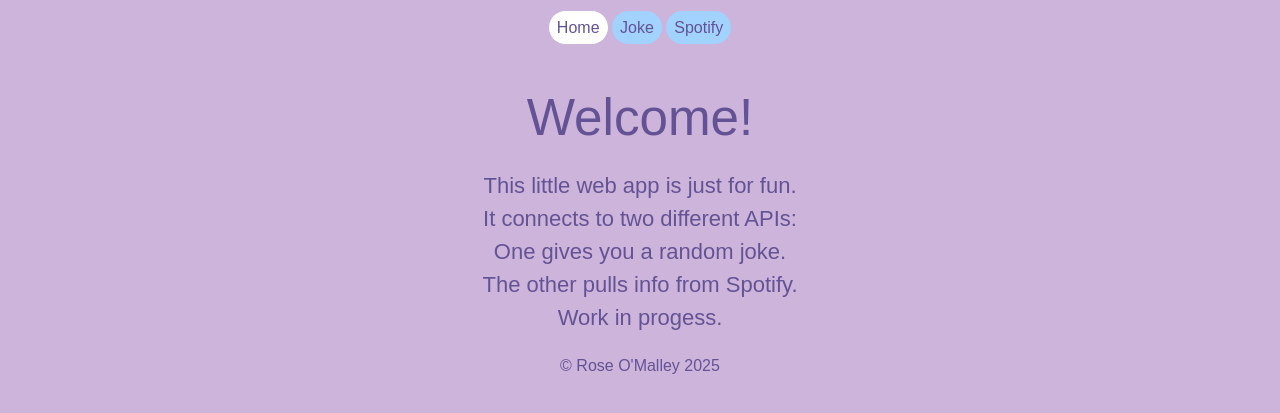
Repository: rosieomusic/spotify-react
Page: /
An editor plug-in stored every save of this project. The page is shown before and after the next save, followed by the edit.
The browser window is 1280 px wide. The pictures show the whole page.
The page's requests for data from a server got no answer. Some web fonts or font styles are not loaded; a fallback is used. The project was rebuilt for these pictures with package versions that can differ from the ones it lists, and the page was loaded fresh each time. No one was signed in, and anything a server would have sent is missing. Also part of the build but not shown: vite.config.js, src/services/SpotifyService.js, src/components/AlbumComponent.jsx, src/pages/SpotifyPage.jsx, src/services/JokeService.js, src/pages/JokePage.jsx.

Above is the page before, as saved 2025-05-22 15:34:48.

After the next save:
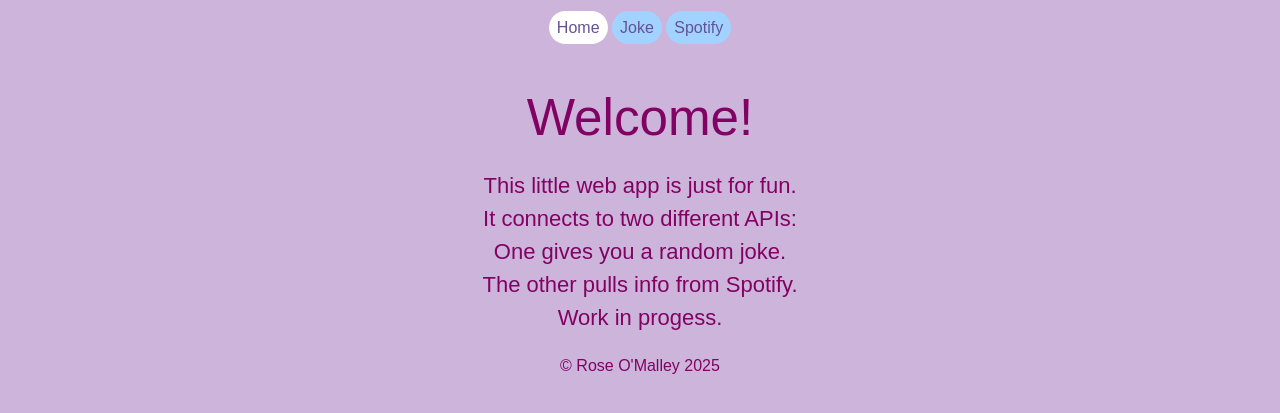
Saved 60 s later.
--- a/src/App.css
+++ b/src/App.css
@@ -6,7 +6,7 @@
 	background-color: #cdb4db;
 	box-sizing: border-box;
 	font-family: 'Jersey 10', sans-serif;
-	color: #645394;
+	color: #820263;
 }
 body {
 	overflow-x: hidden;
